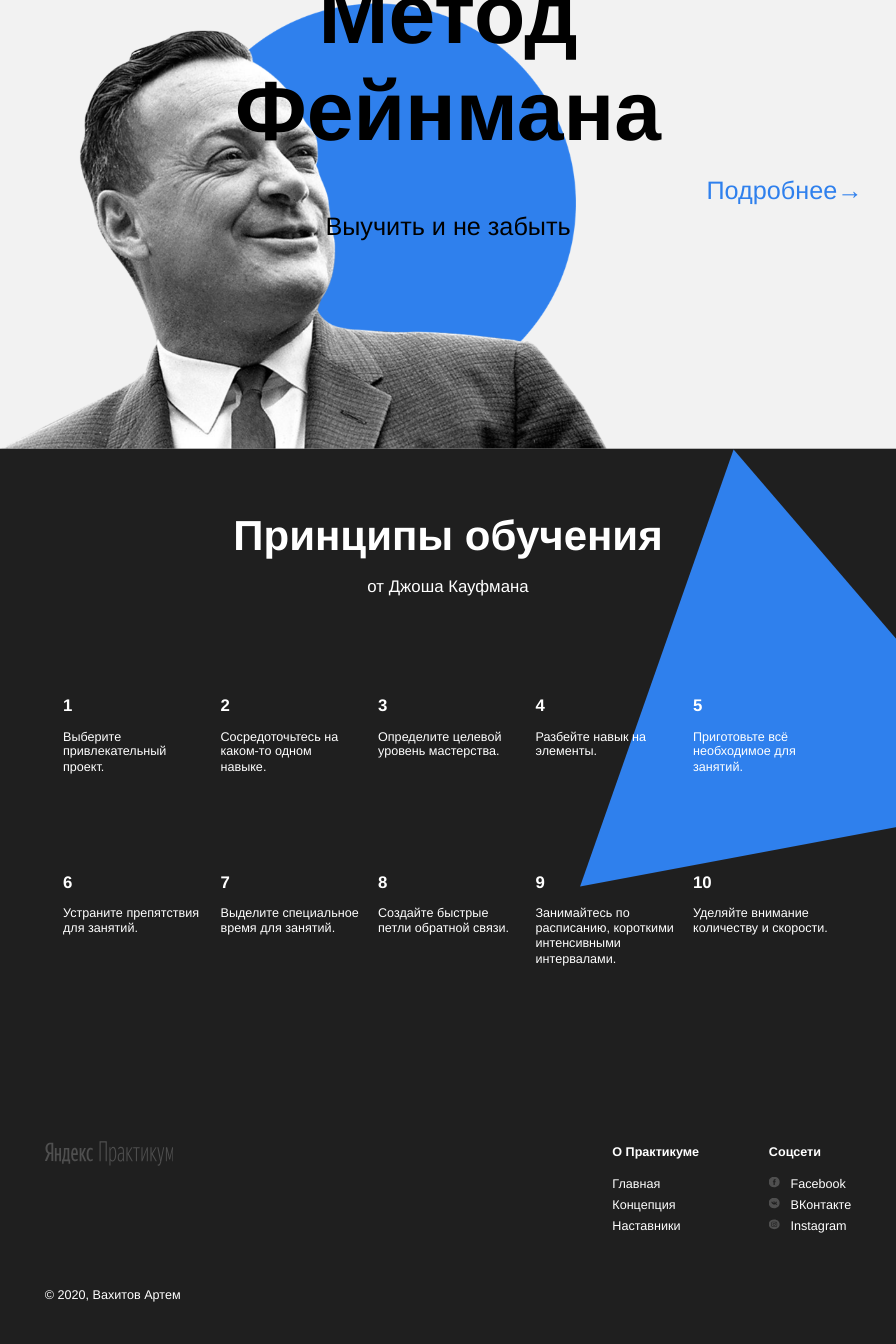
Repository: artemrgrs/how-to-learn
Page: index.html
An editor plug-in stored every save of this project. The page is shown before and after the next save, followed by the edit.
The browser window is 1280 px wide. The pictures show the part of the page from y = 2120 to 4040 px (the page is 4040 px tall before and 3920 px after), at 70% of full size.

Above is the page before, as saved 2020-12-25 10:41:31.

After the next save:
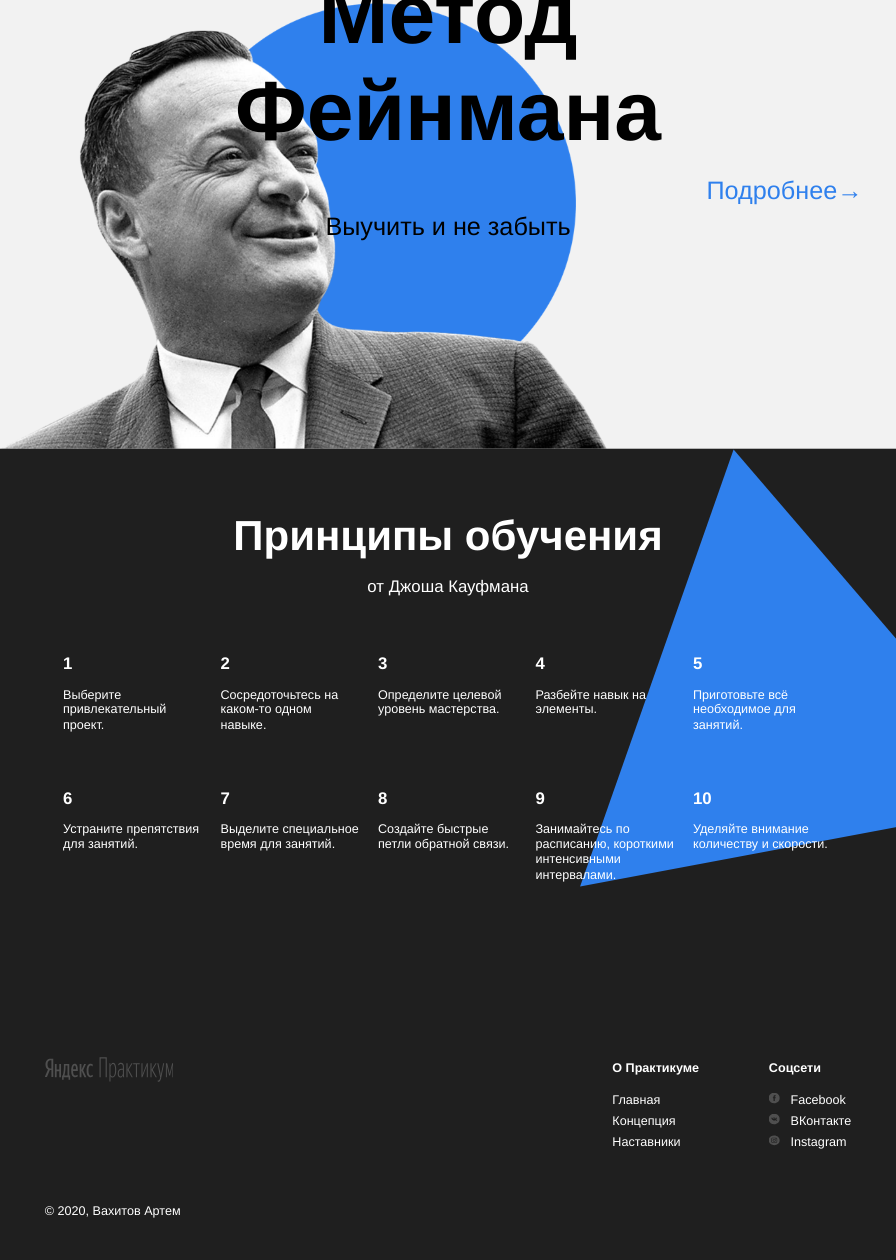
Saved 20 s later.
--- a/styles/style.css
+++ b/styles/style.css
@@ -168,14 +168,13 @@
 
 .table__cell {
   width: 250px;
-  padding-top: 60px;
 }
 
 .table__heading {
   line-height: 1.15;
   font-size: 24px;
   font-weight: bold;
-
+  padding-top: 60px;
   padding-left: 0;
   padding-right: 0;
   padding-bottom: 0;
